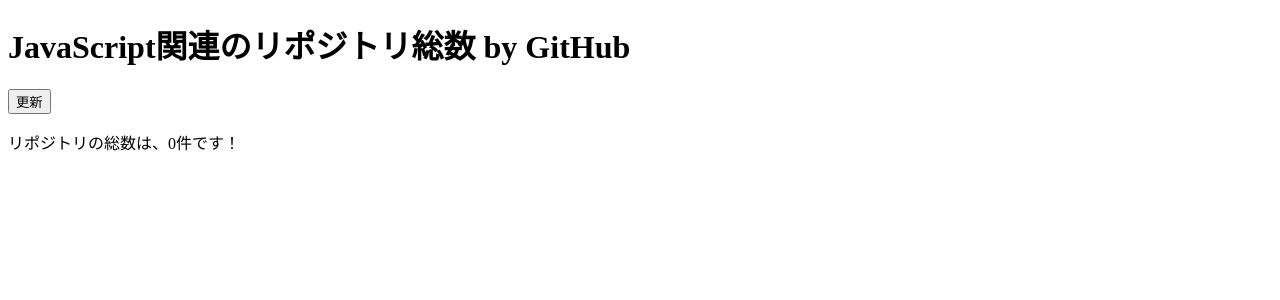
Repository: myojosamurai/Samurai_JS-
Page: javascript1/index11-5.html
The author's editor kept a record of every edit. The page is drawn from the files as they stood at one moment, then again after the next edit.
The browser window is 1280 px wide. The pictures show the whole page.

Above is the page before.

### javascript1/index11-5.html
<!DOCTYPE html>
<html lang="ja">
  <head>
    <meta charset="utf-8">
    <title>11.5演習問題</title>
  </head>
<body>
  <h1>JavaScript関連のリポジトリ総数 by GitHub</h1>
  <button id="btn">更新</button>
  <p>リポジトリの総数は、<span id="sousuu">0</span>件です！</p>

  <script>
    const url = 'https://api.github.com/search/repositories?q=javascript';
    const btn = document.getElementById('btn');
    const sousuu = document.getElementById('sousuu');

    btn.addEventListener('click', () => {
        sousuu.innerHTML = '?'; // 結果表示部分をリセット

        fetch(url)
        .then(data => data.json())
        .then(data => {
            //console.log(data);
            //console.log(data.total_count);
            sousuu.innerHTML = data.total_count;
        })
    })

    const createSentence = item => {

    }

  </script>
</body>
</html>

After the next edit:
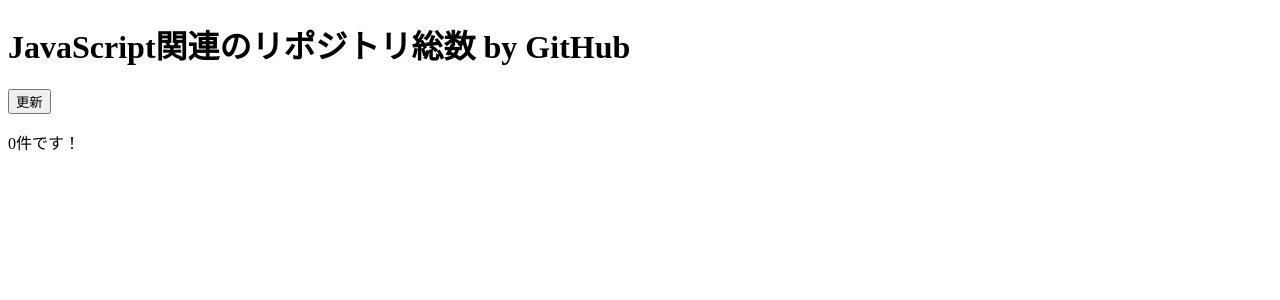
The edit:
--- a/javascript1/index11-5.html
+++ b/javascript1/index11-5.html
@@ -7,7 +7,7 @@
 <body>
   <h1>JavaScript関連のリポジトリ総数 by GitHub</h1>
   <button id="btn">更新</button>
-  <p>リポジトリの総数は、<span id="sousuu">0</span>件です！</p>
+  <p><span id="sousuu">0</span>件です！</p>
 
   <script>
     const url = 'https://api.github.com/search/repositories?q=javascript';
